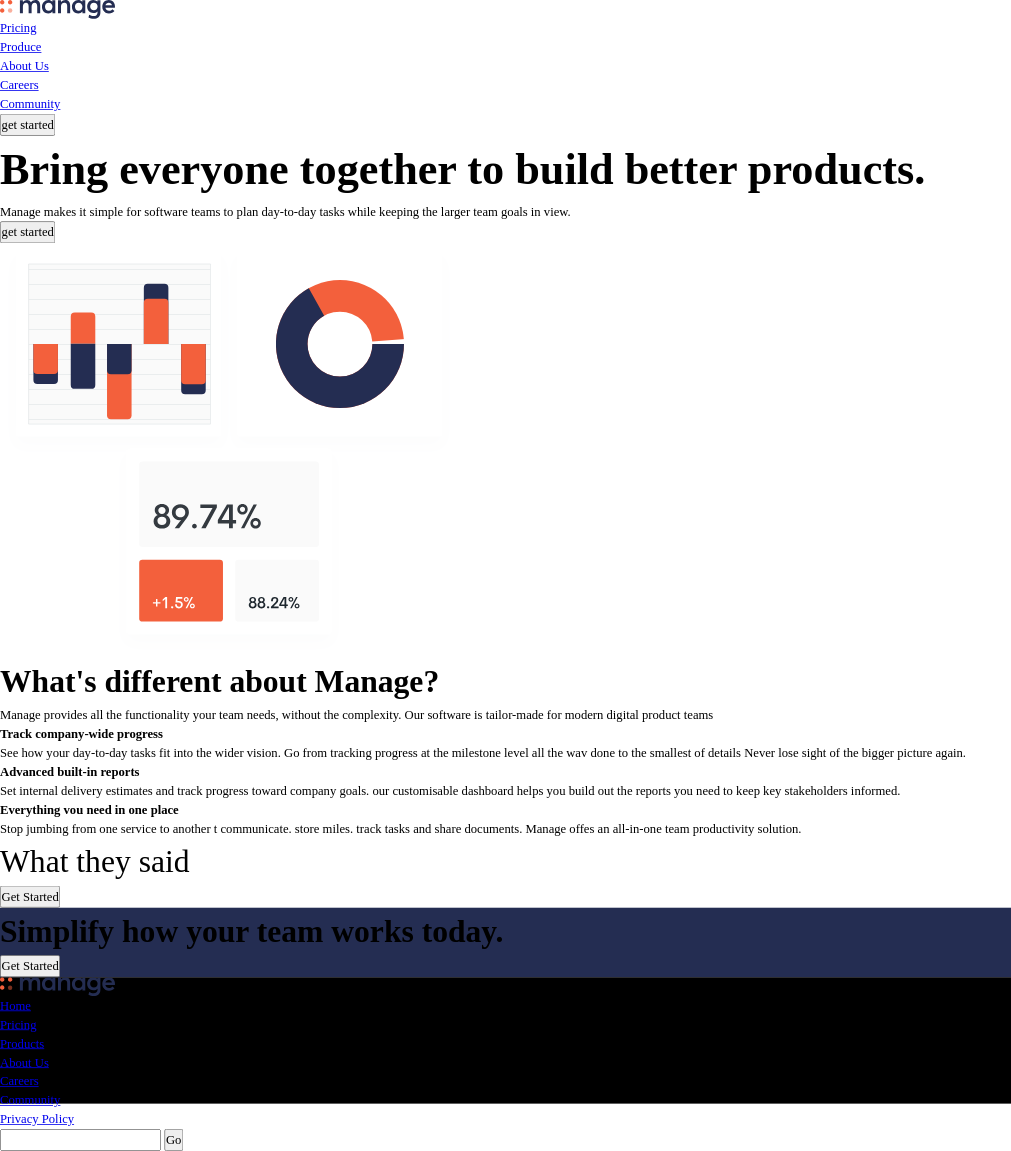
Repository: anthonybrown/website-practice
Page: index.html
These files come from the project's save history. The page is drawn as it stood at one moment and after the next save; the edit follows.
The browser window is 1280 px wide. The pictures show the whole page, at 79% of full size.

Above is the page before, as saved 2023-04-18 14:02:06.

### index.html
<!DOCTYPE html>
<html lang="en">

<head>
  <meta charset="UTF-8" />
  <link rel="icon" type="image/svg+xml" href="/vite.svg" />
  <meta name="viewport" content="width=device-width, initial-scale=1.0" />
  <title>Vite App</title>
  <link rel="preconnect" href="https://fonts.googleapis.com">
  <link rel="preconnect" href="https://fonts.gstatic.com" crossorigin>
  <link href="https://fonts.googleapis.com/css2?family=Be+Vietnam+Pro:wght@400;500;700&display=swap" rel="stylesheet">
  <link rel="stylesheet" href="style.css">
</head>

<body>
  <header class="primary-header">
    <div class="container">
      <a href="#" rel="noopener noreferrer"><img src="images/logo.svg" alt="manage"></a>
      <nav class="primary-navigation">
        <ul aria-label="Primary" role="list" class="nav-list">
          <li><a href="#">Pricing</a></li>
          <li><a href="#">Produce</a></li>
          <li><a href="#">About Us</a></li>
          <li><a href="#">Careers</a></li>
          <li><a href="#">Community</a></li>
        </ul>
      </nav>
      <button class="button">get started</button>
    </div>
  </header>

  <main>
    <section>
      <div class="container">
        <div class="even-columns">
          <div>
            <h1 class="fs-primary-heading fw-bold">
              Bring everyone together to build better products.
            </h1>
            <p>
              Manage makes it simple for software teams to plan day-to-day tasks while
              keeping the larger team goals in view.
            </p>
            <button class="button">get started</button>
          </div>
          <div>
            <img src="images/illustration-intro.svg" alt="">
          </div>
        </div>
      </div>
    </section>

    <section>
      <div class="container">
        <div class="even-columns">
          <div>
            <h2 class="fs-secondary-heading fw-bold">
              What's different about Manage?
            </h2>
            <p>
              Manage provides all the functionality your team needs, without the complexity.
              Our software is tailor-made for modern digital product teams
            </p>
          </div>
          <div>
            <ul class="numbered-items" role="list">
              <li>
                <h3 class="fs-600 fw-bold">Track company-wide progress</h3>
                <p>
                  See how your day-to-day tasks fit into the wider vision.
                  Go from tracking progress at the milestone level all the wav done to
                  the smallest of details Never lose sight of the bigger picture again.
                </p>
              </li>
              <li>
                <h3 class="fs-600 fw-bold">Advanced built-in reports</h3>
                <p>
                  Set internal delivery estimates and track progress toward company goals.
                  our customisable dashboard helps you build out the reports you need
                  to keep key stakeholders informed.
                </p>
              </li>
              <li>
                <h3 class="fs-600 fw-bold">Everything vou need in one place</h3>
                <p>
                  Stop jumbing from one service to another t communicate. store miles.
                  track tasks and share documents. Manage offes an all-in-one team
                  productivity solution.
                </p>
              </li>
            </ul>
          </div>
        </div>
      </div>
    </section>

    <section class="carousel">
      <h2 class="fs-secondary-heading">What they said</h2>
      <button class="button">Get Started</button>
    </section>

    <section class="cta | bg-primary-400 text-neutral-900">
      <div class="container">

        <div>
          <p class="fs-secondary-heading fw-bold">Simplify how your team works today.</p>
        </div>
        <div>
          <button class="button" data-type="inverted">Get Started</button>
        </div>
      </div>
    </section>
  </main>

  <footer class="bg-neutral-900 text-neutral-100">
    <div class="container">
      <div class="even-columns">
        <div>
          <a href="#" rel="noopener noreferrer"><img src="images/logo.svg" alt="manage"></a>
          <ul role="list" aria-label="Social Links">
            <li><a aria-label="facebook" href="#"></a></li>
            <li><a aria-label="youtube" href="#"></a></li>
            <li><a aria-label="twitter" href="#"></a></li>
            <li><a aria-label="pinterest" href="#"></a></li>
            <li><a aria-label="instagram" href="#"></a></li>
          </ul>
        </div>

        <div>
          <nav class="footer-nav">
            <ul aria-label="Footer" role="list">
              <li><a href="#">Home</a></li>
              <li><a href="#">Pricing</a></li>
              <li><a href="#">Products</a></li>
              <li><a href="#">About Us</a></li>
              <li><a href="#">Careers</a></li>
              <li><a href="#">Community</a></li>
              <li><a href="#">Privacy Policy</a></li>
            </ul>
          </nav>
        </div>

        <div>
          <input type="text">
          <button class="button">Go</button>
        </div>

      </div>
    </div>
  </footer>

  <script type="module" src="/main.js"></script>
</body>

</html>

### style.css
:root {
  --clr-accent-400: hsl(12, 88%, 59%);
  --clr-accent-100: hsl(13, 100%, 96%);

  --clr-primary-400: hsl(228, 39%, 23%);

  --clr-neutral-100: hsl(232, 12%, 13%);
  --clr-neutral-900: hsl(0 0% 0%);

  --ff-primary: "Be Vietnam Pro", sans-serif;

  --ff-body: var(--ff-primary);
  --ff-heading: var(--ff-primary);

  --fw-regular: 400;
  --fw-semi-bold: 500;
  --fw-bold: 700;

  --fs-300: 0.8125rem;
  --fs-400: 0.875rem;
  --fs-500: 0.9375rem;
  --fs-600: 1rem;
  --fs-700: 1.875rem;
  --fs-800: 2.5rem;
  --fs-900: 3.5rem;

  --fs-body: var(--fs-400);
  --fs-primary-heading: var(--fs-800);
  --fs-secondary-heading: var(--fs-700);
  --fs-nav: var(--fs-500);
  --fs-button: var(--fs-300);
}

@media (min-width: 50em) {
  :root {
    --fs-body: var(--fs-500);
    --fs-primary-heading: var(--fs-900);
    --fs-secondary-heading: var(--fs-800);

    --fs-nav: var(--fs-300);
  }
}

/* https://piccalil.li/blog/a-modern-css-reset */

/* Box sizing rules */
*,
*::before,
*::after {
  box-sizing: border-box;
}

/* Remove default margin */
* {
  margin: 0;
  padding: 0;
  font: inherit;
}

/* Remove list styles on ul, ol elements with a list role, which suggests default styling will be removed */
ul[role="list"],
ol[role="list"] {
  list-style: none;
}

/* Set core root defaults */
html:focus-within {
  scroll-behavior: smooth;
}

html,
body {
  height: 100%;
}

/* Set core body defaults */
body {
  text-rendering: optimizeSpeed;
  line-height: 1.5;
}

/* A elements that don't have a class get default styles */
a:not([class]) {
  text-decoration-skip-ink: auto;
}

/* Make images easier to work with */
img,
picture,
svg {
  max-width: 100%;
  display: block;
}

/* Remove all animations, transitions and smooth scroll for people that prefer not to see them */
@media (prefers-reduced-motion: reduce) {
  html:focus-within {
    scroll-behavior: auto;
  }

  *,
  *::before,
  *::after {
    animation-duration: 0.01ms !important;
    animation-iteration-count: 1 !important;
    transition-duration: 0.01ms !important;
    scroll-behavior: auto !important;
  }
}

/* Utility classes */

.text-primary-400 {
  color: var(--clr-primary-400);
}

.text-accent-400 {
  color: var(--clr-accent-400);
}

.text-accent-100 {
  color: var(--clr-accent-100);
}

.text-neutral-100 {
  color: var(--clr-neutral-100);
}

.text-neutral-900 {
  color: var(--clr-neutral-900);
}

.bg-primary-400 {
  background-color: var(--clr-primary-400);
}

.bg-accent-400 {
  background-color: var(--clr-accent-400);
}

.bg-accent-100 {
  background-color: var(--clr-accent-100);
}

.bg-neutral-100 {
  background-color: var(--clr-neutral-100);
}

.bg-neutral-900 {
  background-color: var(--clr-neutral-900);
}

.fw-bold {
  font-weight: var(--fw-bold);
}

.fw-semi-bold {
  font-weight: var(--fw-semi-bold);
}

.fw-regular {
  font-weight: var(--fw-regular);
}

.fs-primary-heading {
  font-size: var(--fs-primary-heading);
}

.fs-secondary-heading {
  font-size: var(--fs-secondary-heading);
}

.fs-300 {
  font-size: var(--fs-300);
}

.fs-400 {
  font-size: var(--fs-400);
}

.fs-500 {
  font-size: var(--fs-500);
}

.fs-600 {
  font-size: var(--fs-600);
}


footer {
  height: 10rem;
}

Loaded but not shown: main.js (empty)

After the next save:
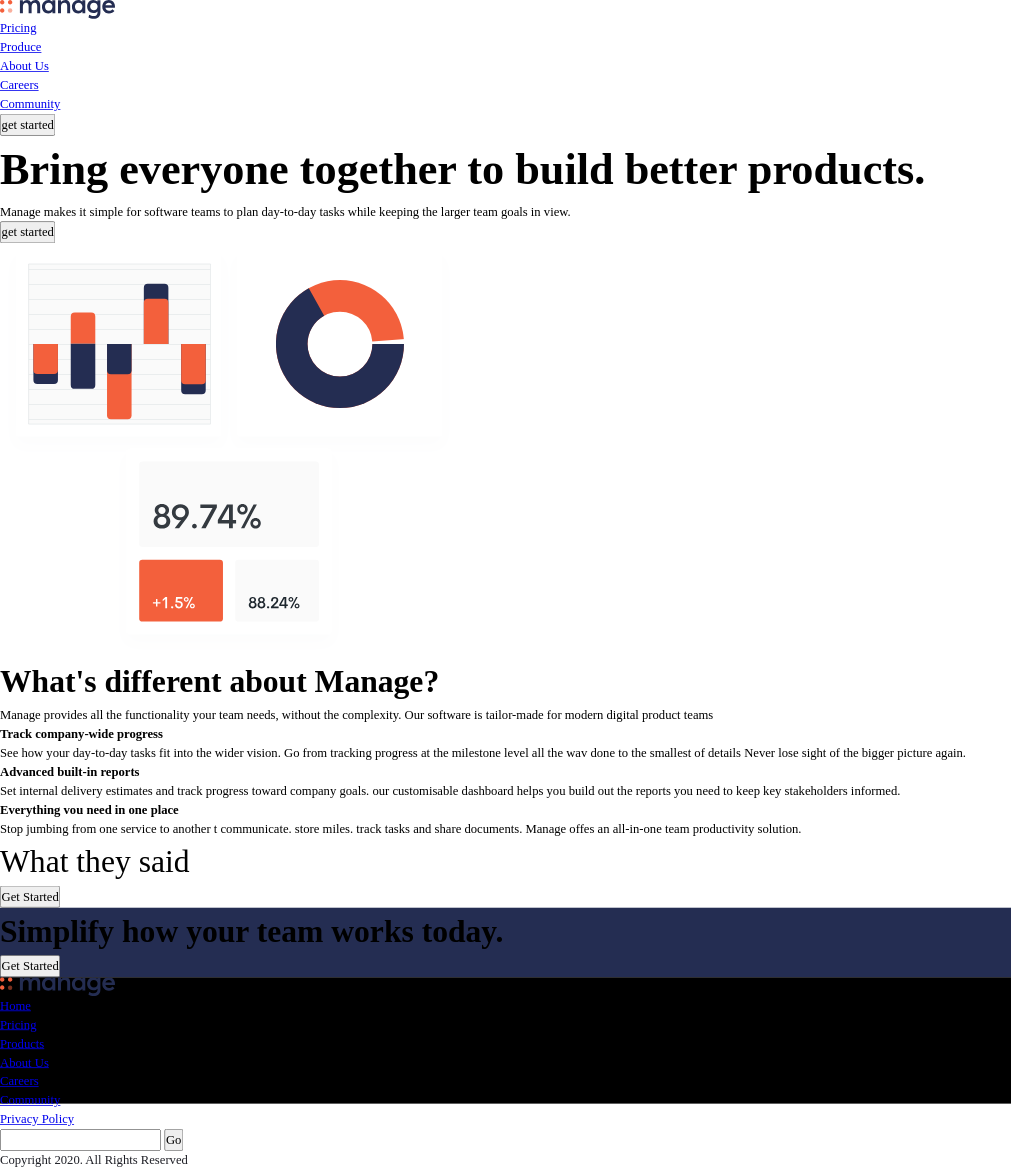
Saved 94 s later.
--- a/index.html
+++ b/index.html
@@ -141,8 +141,13 @@
         </div>
 
         <div>
-          <input type="text">
-          <button class="button">Go</button>
+          <form action="">
+            <input type="email">
+            <button type="submit" class="button">Go</button>
+            <p>
+              Copyright 2020. All Rights Reserved
+            </p>
+          </form>
         </div>
 
       </div>
